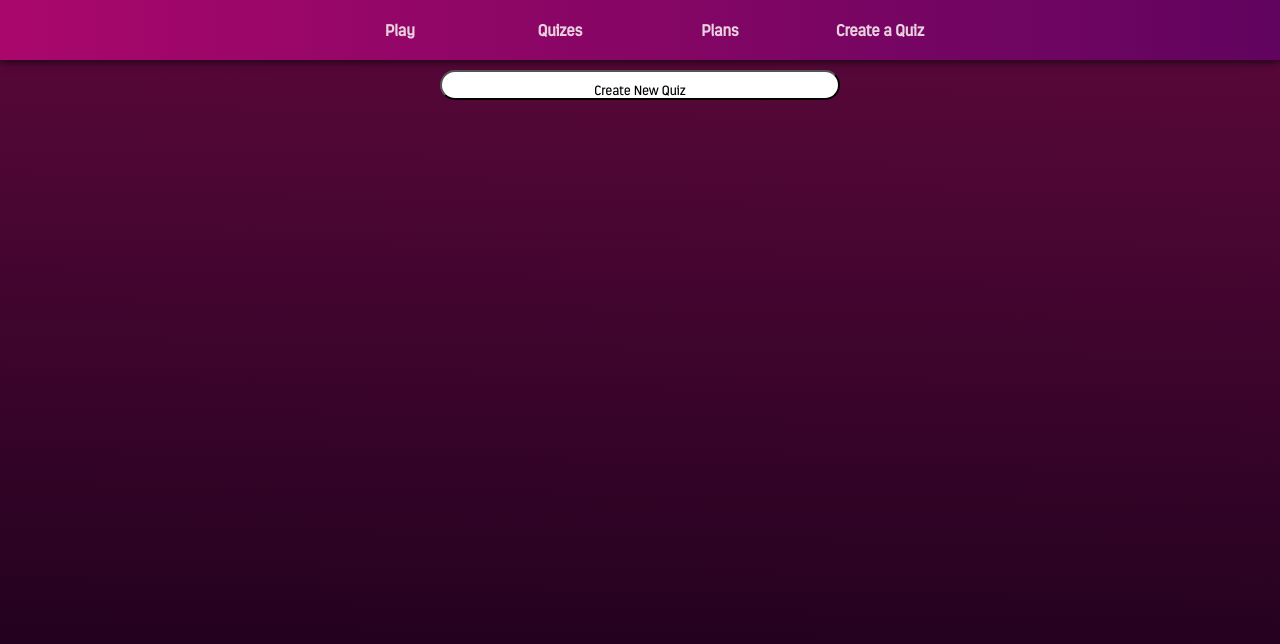
Repository: YoanDimitrov97/quiz-project
Page: /my_quiz (app in quiz_frontend/)
The author's editor kept a copy of each file at every save. The page is drawn from the files as they stood at one save, then again after the next save.
The browser window is 1280 px wide. The pictures show the whole page.
The page's requests for data from a server got no answer. The project was rebuilt for these pictures with package versions that can differ from the ones it lists, and the page was loaded fresh each time. No one was signed in, and anything a server would have sent is missing. Also part of the build but not shown: quiz_frontend/src/components/Index/Login.vue, quiz_frontend/src/components/Index/ProfileNav.vue, quiz_frontend/src/components/CreateQuiz/NewQuizQuestion.vue, quiz_frontend/src/components/CreateQuiz.vue, quiz_frontend/src/components/Index/QuizBox.vue, quiz_frontend/src/components/Index/EnterCode.vue, quiz_frontend/src/components/Index.vue, quiz_frontend/src/components/MyQuiz/MyQuizBox.vue.

Above is the page before, as saved 2020-01-16 15:35:01.

### quiz_frontend/public/index.html
<!DOCTYPE html>
<html lang="en">
  <head>
    <meta charset="utf-8">
    <meta http-equiv="X-UA-Compatible" content="IE=edge">
    <meta name="viewport" content="width=device-width,initial-scale=1.0">
    <link rel="icon" href="<%= BASE_URL %>favicon.ico">
    <title>Index</title>
  </head>
  <body>
    <noscript>
      <strong>We're sorry but QuizProj doesn't work properly without JavaScript enabled. Please enable it to continue.</strong>
    </noscript>
    <div id="app"></div>
    <!-- built files will be auto injected -->
  </body>
</html>

### quiz_frontend/src/main.js
import Vue from 'vue'
import App from './App.vue'
import router from './router';
import axios from 'axios';

Vue.config.productionTip = false;
axios.defaults.withCredentials = true; // This remember which session is on User through axios !!

export const bus = new Vue();

new Vue({
  router,
  render: h => h(App),
}).$mount('#app')

### quiz_frontend/src/App.vue
<!-- CREATE QUIZ -->
<template>
  <div id="app">
    <router-view />
  </div>
</template>

<script>
export default {
  name: 'app',
}
</script>

<style lang="scss">
@font-face {
    font-family: Estandar;
    src: url("fonts/Estandar-Regular.ttf");
}

* {
  padding:0;
  margin:0;
  list-style:none;
  text-decoration:none;
  font-family:"Estandar";
  box-sizing:border-box;
}

body {
  overflow:hidden;
}

#app {
  min-height:100vh;
  height:100%;
  background: transparent linear-gradient(1deg, #1C011B 0%, #5D083C 100%) 0% 0% no-repeat padding-box;
}
</style>

### quiz_frontend/src/router.js
import Vue from 'vue'
import Router from 'vue-router'
import CreateQuiz from './components/CreateQuiz.vue'
import Index from './components/Index.vue'
import MyQuiz from './components/MyQuiz.vue'
// import Nav from './components/Nav.vue'

Vue.use(Router)

export default new Router({
    mode: 'history',
    routes: [
        {
            path:'/',
            component: Index
        },
        {
            path:'/my_quiz',
            component: MyQuiz
        },
        {
            path:'/create_quiz.html',
            component:CreateQuiz
        }
    ]
})

### quiz_frontend/src/components/MyQuiz.vue
<template>
    <div class="myQuiz_wrapper">
        <Nav />
        <div class="myQuiz_holder">
            <button class="create_quiz_btn"><p>Create New Quiz</p></button>
            <MyQuizBox :data=quiz v-for="quiz in quizes" v-bind:key=quiz />
        </div>
    </div>
</template>
<script>
import Nav from "./Nav.vue"
import MyQuizBox from "./MyQuiz/MyQuizBox.vue"
import Axios from 'axios'
import {bus} from "../main.js"
export default {
    name:"MyQuiz",
    components: {
        Nav, MyQuizBox
    },
     data () {
        return {
            userId:null,
            quizes:[],
        }
    },
    methods: {

    },
    beforeCreate() {
        bus.$on("userId", (data) => {
            this.userId = data
        })
        Axios.get("http://127.0.0.1:5000/quiz", {
            params: {createdBy:this.userId}
        })
        .then(res => {
            this.quizes = res.data
        })
        .catch(function (error) {
            console.log(error);
        });
    }
}
</script>
<style lang="scss">
.myQuiz_holder {
    width:70%;
    margin: 0 auto;
    display:grid;
    justify-content:center;
    padding-top:10px;

    .create_quiz_btn {
        width:400px;
        background:#fff;
        border-radius:25px;
        height:30px;
        display:grid;
        align-content:center;
        justify-content:center;
    }

    & > * {
        padding-top:10px;
    }
}
</style>

### quiz_frontend/src/components/Nav.vue
<template>
    <div>
        <div class="header">
            <ul class="nav">
                <li><a href="#">Play</a></li>
                <li><a href="#">Quizes</a></li>
                <li><a href="#">Plans</a></li>
                <li><a href="create_quiz.html">Create a Quiz</a></li>
            </ul>
            <ul class="nav_login" v-show="showLogin">
                <div v-if="!isLoggedIn" class="login_section">
                    <li><a v-on:click.prevent="signIn" href="">Login</a></li>
                    <li><a href="">Sign Up</a></li>
                </div>
                <div v-else class="profile_section">
                    <p>Welcome, {{ userName }}</p>
                    <img v-bind:class="[rotateArrow ? 'rotateArrowUp' : 'rotateArrowDown']" v-on:click="openProfileNav" src="~@/assets/images/metro-chevron-thin-down.svg" alt="">
                </div>
            </ul>
        </div>
        <Login v-if="isClicked" @hideLogin="hideLogin" v-bind:isClicked="isClicked" />
        <ProfileNav v-if="profileNavClicked" @logout="logout"/>
    </div>
</template>

<script>
import axios from 'axios';
import Login from './Index/Login.vue';
import ProfileNav from './Index/ProfileNav.vue';
import {bus} from "./../main.js"

export default {
    name: 'Nav',
    components: {
        Login,
        ProfileNav
    },
    data () {
        return {
            profileNavClicked: false,
            showLogin: false,
            isClicked: false,
            isLoggedIn: false,
            rotateArrow: true,
            userName: null,
            userId: null,
        }
    },
    beforeCreate() {
        axios.get(process.env.VUE_APP_URL)
            .then(res => {
                this.showLogin = true;
                this.isLoggedIn = res.data.isLoggedIn;
                this.userName = res.data.userName;
                this.userId = res.data.userId;
                bus.$emit("userId", this.userId)
            }).catch(err => { console.log(err) });
    },
    methods: {
        signIn() {
            if(this.isClicked == false){
                this.isClicked = true;
            }else {
                this.isClicked = false;
            }

        },
        openProfileNav() {
            if(this.profileNavClicked == false){
                this.profileNavClicked = true;
                this.rotateArrow = false;
            } else {
                this.profileNavClicked = false;
                this.rotateArrow = true;
            }

        },
        hideLogin(value) {
            this.isClicked = false;
            this.isLoggedIn = true;
            this.userName = value.username;
        },
        logout(value) {
            this.profileNavClicked = false;
            this.isLoggedIn = value;
        },
    }
}
</script>

<style lang="scss" >
    $nav_color:#E8D0DF;
    $login_size:240px;//size of the Login/Register section
    .header {
        background: transparent linear-gradient(90deg, #AA076B 0%, #61045F 100%) 0% 0% no-repeat padding-box;
        box-shadow: 0px 0px 10px #000000;
        height:60px;
        display:grid;
        grid-template-columns:calc(100% - #{$login_size}) $login_size;

        .nav {
            display:grid;
            grid-template-columns:repeat(4, 160px);
            justify-content:center;
            align-content:center;
            height:100%;
            margin-left:$login_size;//this is the size of the Login/Register on the right of the nav

            li {
                text-align:center;
                a {
                    color:$nav_color;
                    font-weight:700;
                }
            }
        }

        .nav_login {
            height:100%;

            .login_section {
                height:100%;
                display:grid;
                grid-template-columns:50% 50%;
                align-content:center;
                justify-content:center;

                li:first-child {
                    justify-self: center;
                }
                li:nth-child(2){
                    a {
                        background: #0879f2;
                        padding: 7px 15px;
                        border-radius: 5px;
                    }
                }
                li {
                    a {
                        color:$nav_color;
                    }
                }
            }

            .profile_section {
                color:$nav_color;
                height:100%;
                display:grid;
                align-content:center;
                justify-content:center;
                font-size:14px;
                grid-template-columns: 1fr 1fr;

                p {
                    justify-self: end;
                    align-self: center;
                    margin-right: 5px;
                }
                img {
                    width: 20px;
                    justify-self: start;
                    align-self: center;
                    margin-left: 5px;
                }
            }
        }
    }
    .rotateArrowDown {
        transform: rotate(0deg);
    }
    .rotateArrowUp {
        transform: rotate(180deg);
    }
</style>

After the next save:
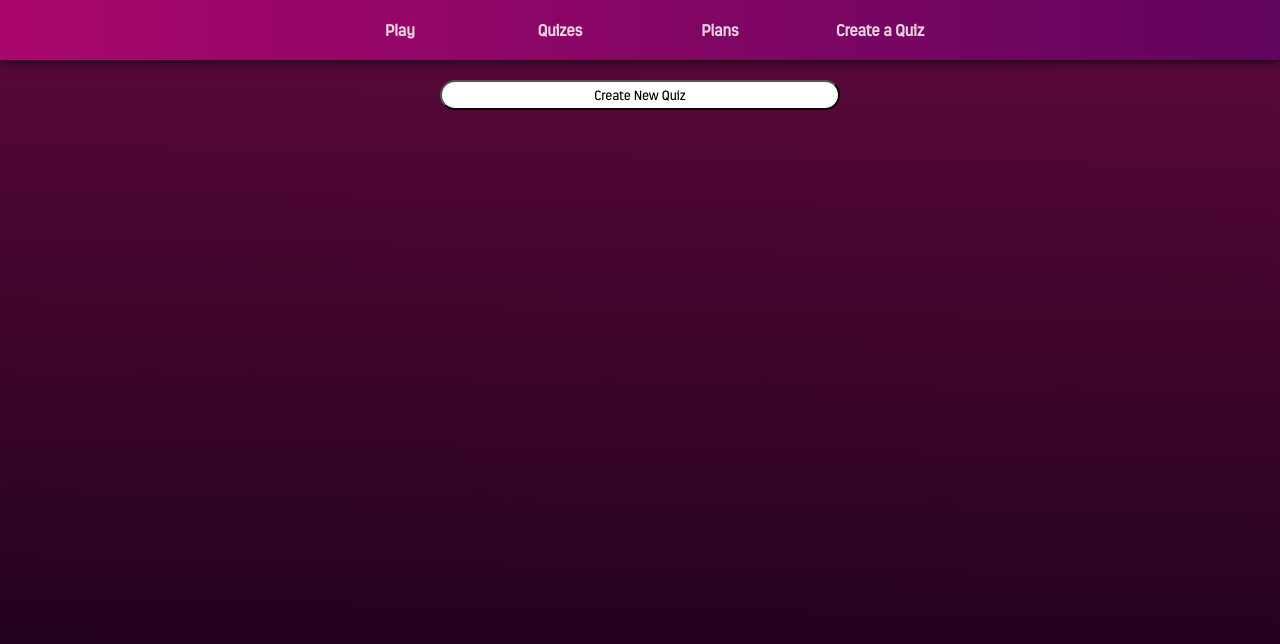
Saved 7 s later.
--- a/quiz_frontend/src/components/MyQuiz.vue
+++ b/quiz_frontend/src/components/MyQuiz.vue
@@ -61,7 +61,7 @@ export default {
     }
 
     & > * {
-        padding-top:10px;
+        margin-top:10px;
     }
 }
 </style>
